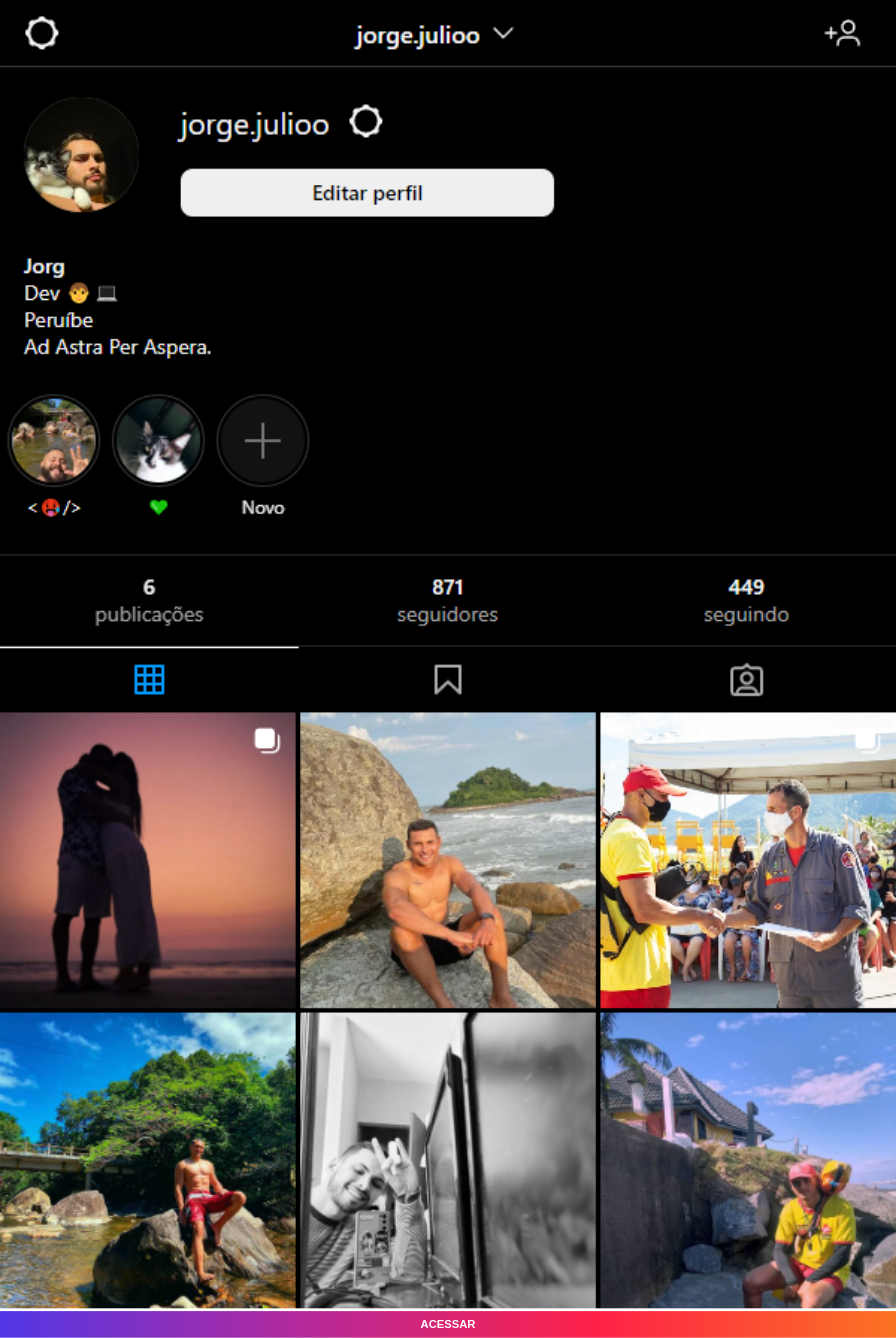
Repository: jorgprado/curso-html-css-Guanabara
Page: exec-pg-social/instagram.html
The author's editor kept a copy of each file at every save. The page is drawn from the files as they stood at one save, then again after the next save.
The browser window is 1280 px wide. The pictures show the whole page, at 70% of full size.

Above is the page before, as saved 2023-05-24 11:58:08.

### exec-pg-social/instagram.html
<!DOCTYPE html>
<html lang="en">
<head>
    <meta charset="UTF-8">
    <meta http-equiv="X-UA-Compatible" content="IE=edge">
    <meta name="viewport" content="width=device-width, initial-scale=1.0">
    <link rel="stylesheet" href="estilo/social.css">
    <title>Instagram</title>

</head>
<body>
    <img src="estilo/imagens/instagram-Jorge.jpg" alt="Linkedin">
    <a class="insta" href="https://www.linkedin.com/in/jorge-henrique-lima-8318581ab/" target="_blank">ACESSAR</a>
</body>
</html>

### exec-pg-social/estilo/social.css
*{
    margin: 0px;
    padding: 0px;
    font-family: Arial, Helvetica, sans-serif;
}

::-webkit-scrollbar{
    width: 0px;
    height: 0px;
}

img{
    width: 100vw;
}

a.linke{
    display: block;
    background-color:#0e76a8;
    color: white;
    padding: 10px;
    text-align: center;
    font-weight: bolder;
    text-decoration: none;
}

a.linke:hover{
    background-color: white;
    color: #0e76a8;
    transition: ease-in 100ms;
}

a.insta{
    display: block;
    background-image: linear-gradient( to left,#FB7323, #FE2147, #B4299C, #5137E6);
    color: white;
    padding: 10px;
    text-align: center;
    font-weight: bolder;
    text-decoration: none;
}

a.insta:hover{
    background-color: white;
    color: #0e76a8;
    transition: ease-in 100ms;
}

After the next save:
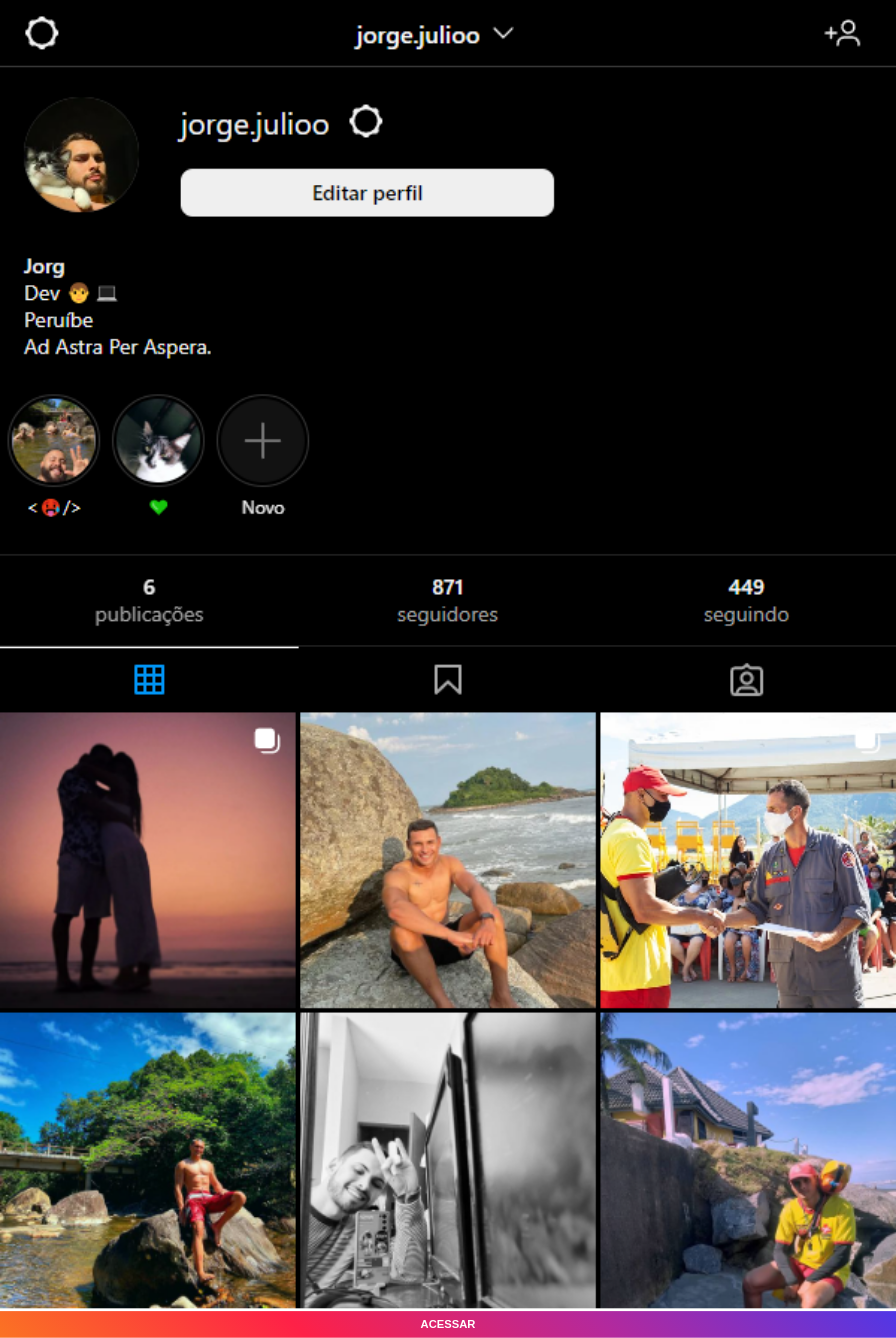
Saved 20 s later.
--- a/exec-pg-social/estilo/social.css
+++ b/exec-pg-social/estilo/social.css
@@ -31,7 +31,7 @@
 
 a.insta{
     display: block;
-    background-image: linear-gradient( to left,#FB7323, #FE2147, #B4299C, #5137E6);
+    background-image: linear-gradient( 45deg,#FB7323, #FE2147, #B4299C, #5137E6);
     color: white;
     padding: 10px;
     text-align: center;
